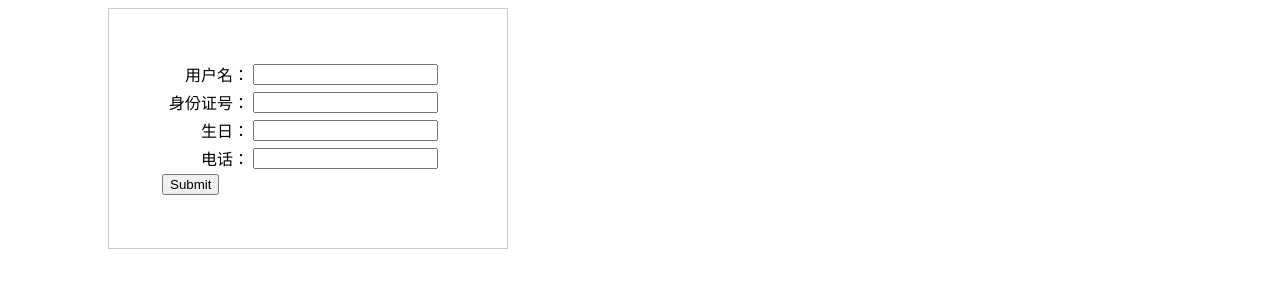
Repository: showmore/study
Page: http://localhost/MyWebProject/
These files come from the project's save history. The page is drawn as it stood at one moment and after the next save; the edit follows.
The browser window is 1280 px wide. The pictures show the whole page.
The page is served by Tomcat 9.

Above is the page before, as saved 2018-12-23 10:12:30.

After the next save:
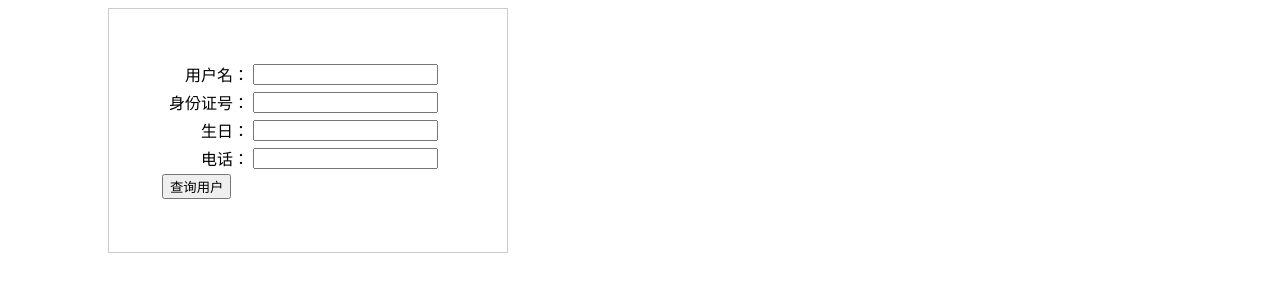
Saved 2 min 11 s later.
--- a/MyWebProject/WebContent/index.jsp
+++ b/MyWebProject/WebContent/index.jsp
@@ -3,8 +3,8 @@
 <!DOCTYPE html>
 <html>
 <head>
-<meta charset="UTF-8">
-<title>Insert title here</title>
+	<meta charset="UTF-8">
+	<title>Insert title here</title>
 </head>
 <body>
 
@@ -27,7 +27,7 @@
 		</tr>
 		<tr>
 		  <td colspan="2" style="text-align:left;">
-		  		<input type="submit" name="phoneNo" />
+		  		<input type="submit" name="phoneNo" value="查询用户" />
   		  </td>
 		</tr>
 
